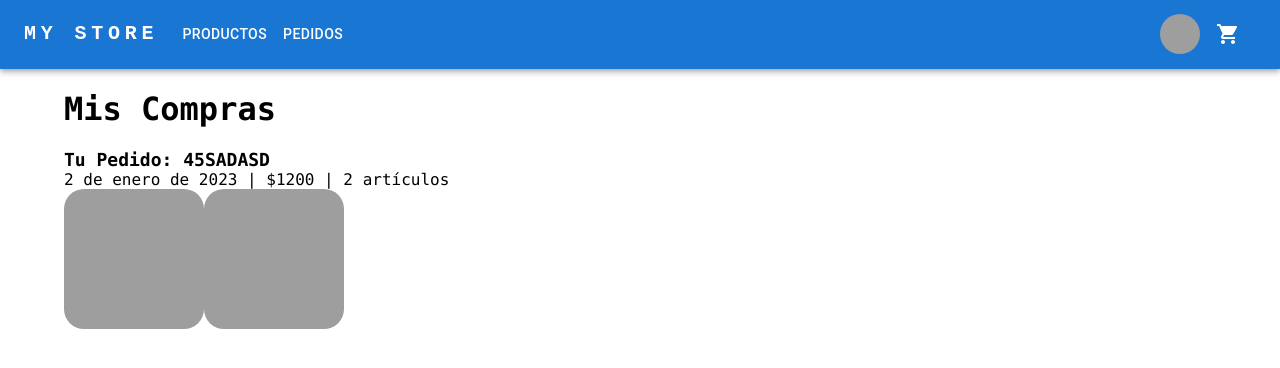
Repository: DanielBorussia/front-my-store
Page: /OrderList
These files come from the project's save history. The page is drawn as it stood at one moment and after the next save; the edit follows.
The browser window is 1280 px wide. The pictures show the whole page.
Pictures or frames that could not be fetched are drawn as grey boxes. The project was rebuilt for these pictures with package versions that can differ from the ones it lists, and the page was loaded fresh each time. Also part of the build but not shown: src/components/OrderItem.js, src/containers/MyOrderPreview.js, src/components/ProductItem.js, src/hooks/useGetProducts.js, src/shared/Loading.js, src/containers/ProductList.js, src/pages/Home.js.

Above is the page before, as saved 2023-07-01 16:46:02.

After the next save:
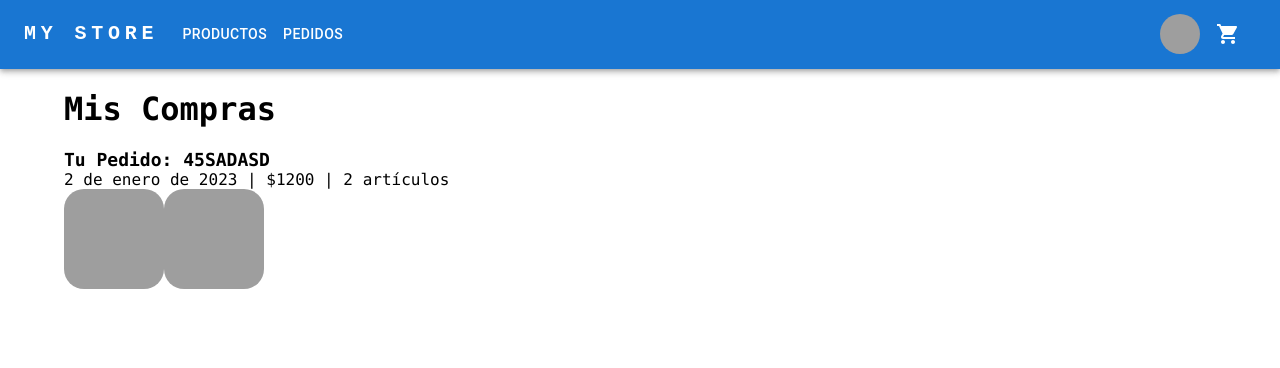
Saved 8 s later.
--- a/src/styles/ShoppingItem.scss
+++ b/src/styles/ShoppingItem.scss
@@ -14,8 +14,8 @@
     .shoppingItem__products{
         display: flex;
         img{
-            width: 140px;
-            height: 140px;
+            width: 100px;
+            height: 100px;
             border-radius: 20px;
             object-fit: cover;
             cursor: pointer;
